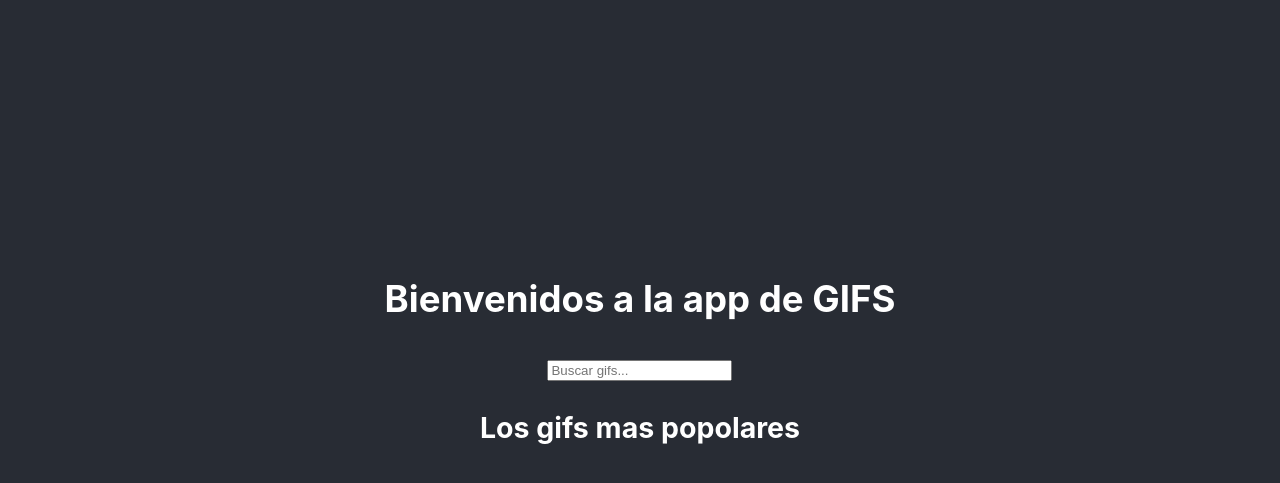
Repository: DamianBermudez94/buscador-gifs
Page: /
An editor plug-in stored every save of this project. The page is shown before and after the next save, followed by the edit.
The browser window is 1280 px wide. The pictures show the whole page.
The project was rebuilt for these pictures with package versions that can differ from the ones it lists, and the page was loaded fresh each time. Also part of the build but not shown: src/component/gifs.css, src/component/gif.js, src/api/urlApi.js, src/component/ListOfGifs.js.

Above is the page before, as saved 2022-10-10 18:06:03.

### src/App.js
import React from 'react';
import './App.css';
import ListOfGifs from './component/ListOfGifs';
import Home from './pages/home';
import {Link, Route} from "wouter"


export function App() {
  return (
    <div className="App">
      <section className="App-content">
          <h1>Bienvenidos a la app de GIFS</h1>
          <Route
          component={Home}
          path="/"
          />

          <Route
            component={ListOfGifs}
            path="/gif/:keyword"/>



      </section>
    </div>
  );
}

export default App;

### src/App.css
.App {
  text-align: center;
}



.App-content {
  background-color: #282c34;
  min-height: 100vh;
  display: flex;
  flex-direction: column;
  align-items: center;
  justify-content: center;
  font-size: calc(10px + 2vmin);
  color: white;
}

### src/pages/home/index.js
import React, {useState} from "react";
import {Link, useLocation} from "wouter";

const POPULAR_GIFS = ["Matrix", "Messi","Code","Gamming"];


export default function Home(){
    const [keyword, setKeyword] = useState('');
    const [path, pushLocation] = useLocation();
    const handleSubmit = event =>{
        event.preventDefault();
        // navegar a otra ruta
        pushLocation(`/search/${keyword}`)
    }
    const handleChanche = event =>{
        setKeyword(event.target.value);
    }
    return (
        <div>
            <form onSubmit={handleSubmit}>
                <input placeholder="Buscar gifs..." onChange={handleChanche} type="text" value={keyword} ></input>
            </form>
            <h3 className="App-title">Los gifs mas popolares</h3>
            <ul>
                {POPULAR_GIFS.map((popularesGifs)=>{
                    <li key={popularesGifs}>
                        <Link to={`/search/${popularesGifs}`}>Gifs de {popularesGifs}</Link>
                    </li>
                })}
            </ul>
        </div>
    )
}

Loaded but not shown: public/index.html (common file); src/index.js (common file); src/index.css (common file); src/reportWebVitals.js (common file)

After the next save:
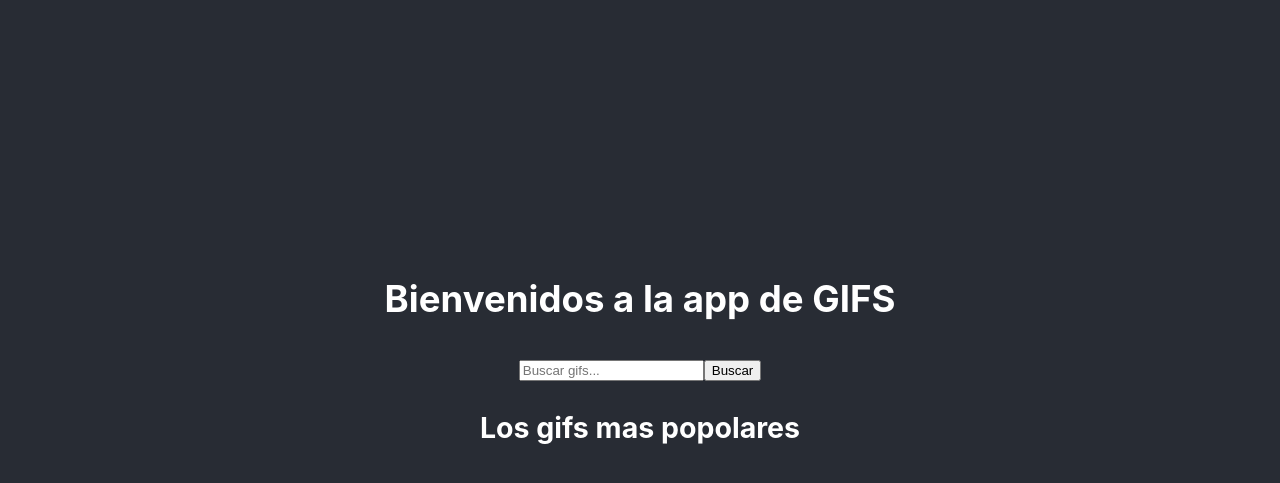
Saved 4 min 42 s later.
--- a/src/pages/home/index.js
+++ b/src/pages/home/index.js
@@ -18,7 +18,8 @@ export default function Home(){
     return (
         <div>
             <form onSubmit={handleSubmit}>
-                <input placeholder="Buscar gifs..." onChange={handleChanche} type="text" value={keyword} ></input>
+                <input placeholder="Buscar gifs..." onChange={handleChanche} type="text" value={keyword} />
+                <button>Buscar</button>
             </form>
             <h3 className="App-title">Los gifs mas popolares</h3>
             <ul>
